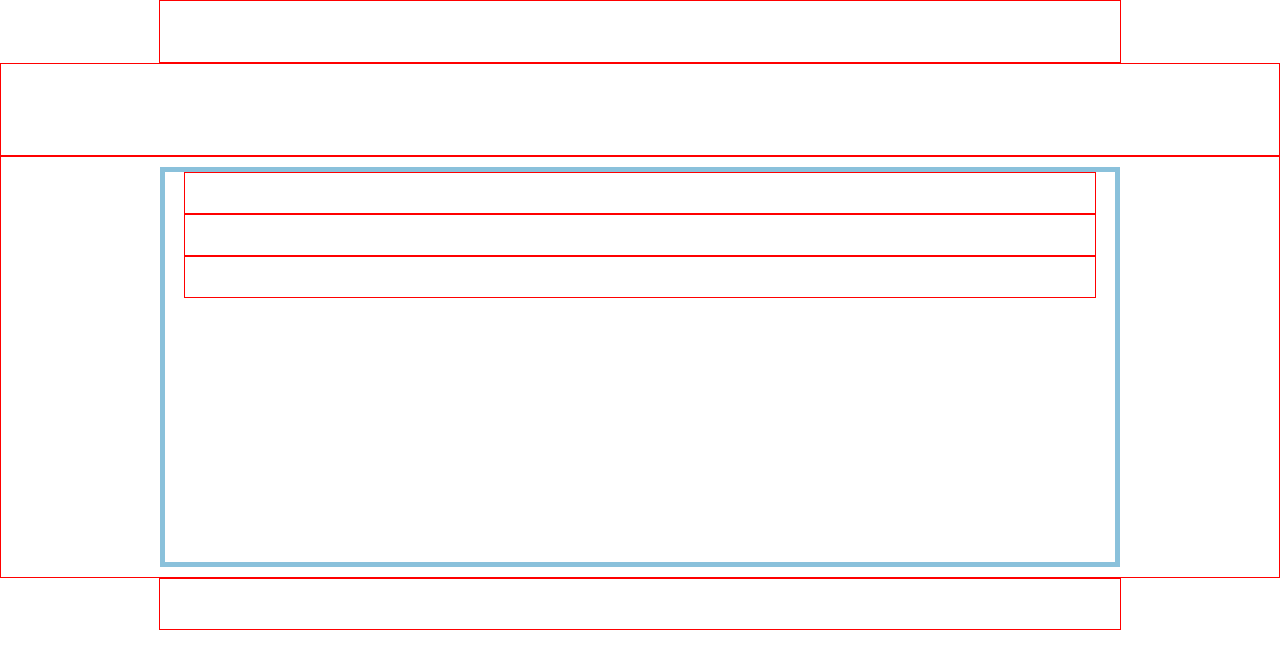
Repository: LYC-Android/JavaWebProject
Page: WebBasic/src/main/webapp/day03/admin_list.html
An editor plug-in stored every save of this project. The page is shown before and after the next save, followed by the edit.
The browser window is 1280 px wide. The pictures show the whole page.

Above is the page before, as saved 2017-09-21 03:45:55.

### WebBasic/src/main/webapp/day03/admin_list.html
<!DOCTYPE html>
<html>
<head>
<meta charset="UTF-8">
<title>管理员列表</title>
<link rel="stylesheet" href="list.css">
</head>
<body>
	<!-- LOGO区 -->
	<div class="logo"></div>
	<!-- 菜单区 -->
	<div class="menu"></div>
	<!-- 核心区 -->
	<div class="core">
		<!-- 渐变条:不用单独分区,直接设置背景即可,但需要预留出空间. -->

		<!-- 内容区 -->
		<div class="content">
			<!-- 顶部按钮 -->
			<div class="btn"></div>
			<!-- 中间数据 -->
			<div class="data"></div>
			<!-- 分页区 -->
			<div class="page"></div>
		</div>

	</div>
	<!-- 版权区 -->
	<div class="copy"></div>
</body>
</html>

### WebBasic/src/main/webapp/day03/list.css
@charset "UTF-8";
/*0.d对网页进行统一的设置*/
* {
 padding:0;
 margin:0;
}

/*1.给网页分区设置每个区域的尺寸*/
div{
	border: 1px solid red;
 margin: 0 auto;
}

.logo{
	width: 960px;
	height: 61px;
}

.menu{
	height: 91px;
}

.core{
	height: 410px;
	/*内边距的空间用来放渐变条*/
	padding-top: 10px;
}

.copy{
	width: 960px;
	height: 50px;
}

.content{
	width: 950px;
	height: 390px;
	border: 5px solid #8ac1db;
}

.content>div{
	width: 910px;
	height: 40px;
}

.data{
	height: 310px;
}

After the next save:
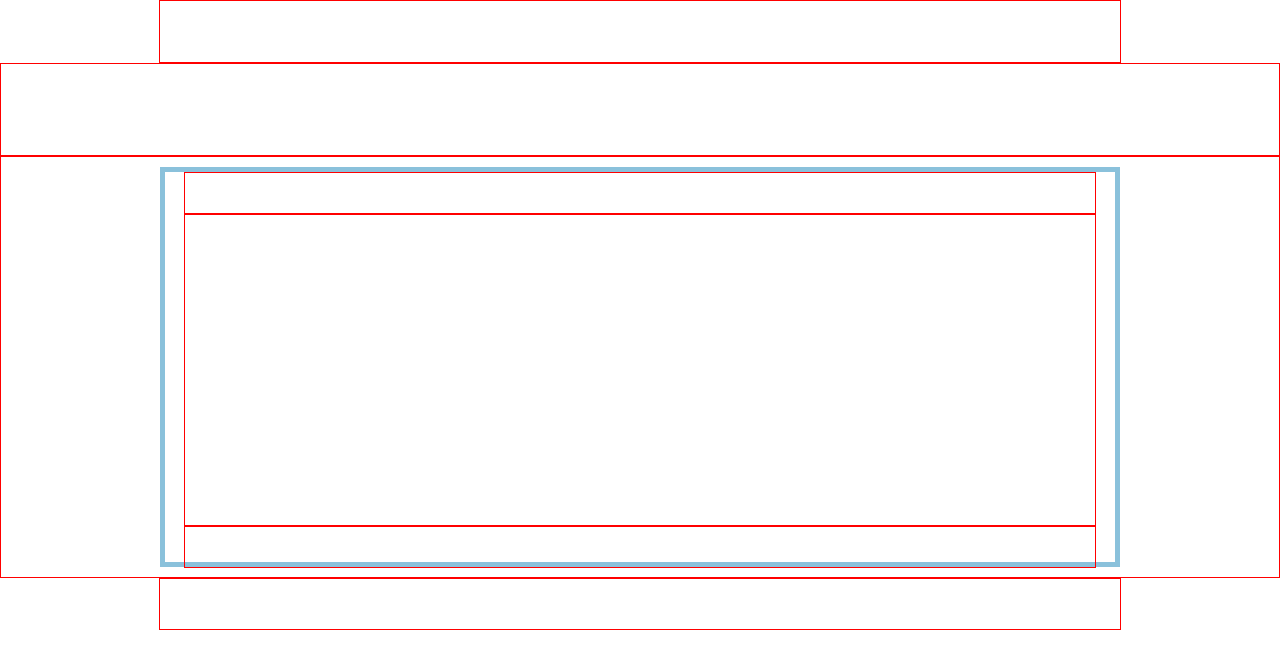
Saved 5 min 4 s later.
--- a/WebBasic/src/main/webapp/day03/list.css
+++ b/WebBasic/src/main/webapp/day03/list.css
@@ -42,6 +42,6 @@ div{
 	height: 40px;
 }
 
-.data{
+.content .data{
 	height: 310px;
 }
